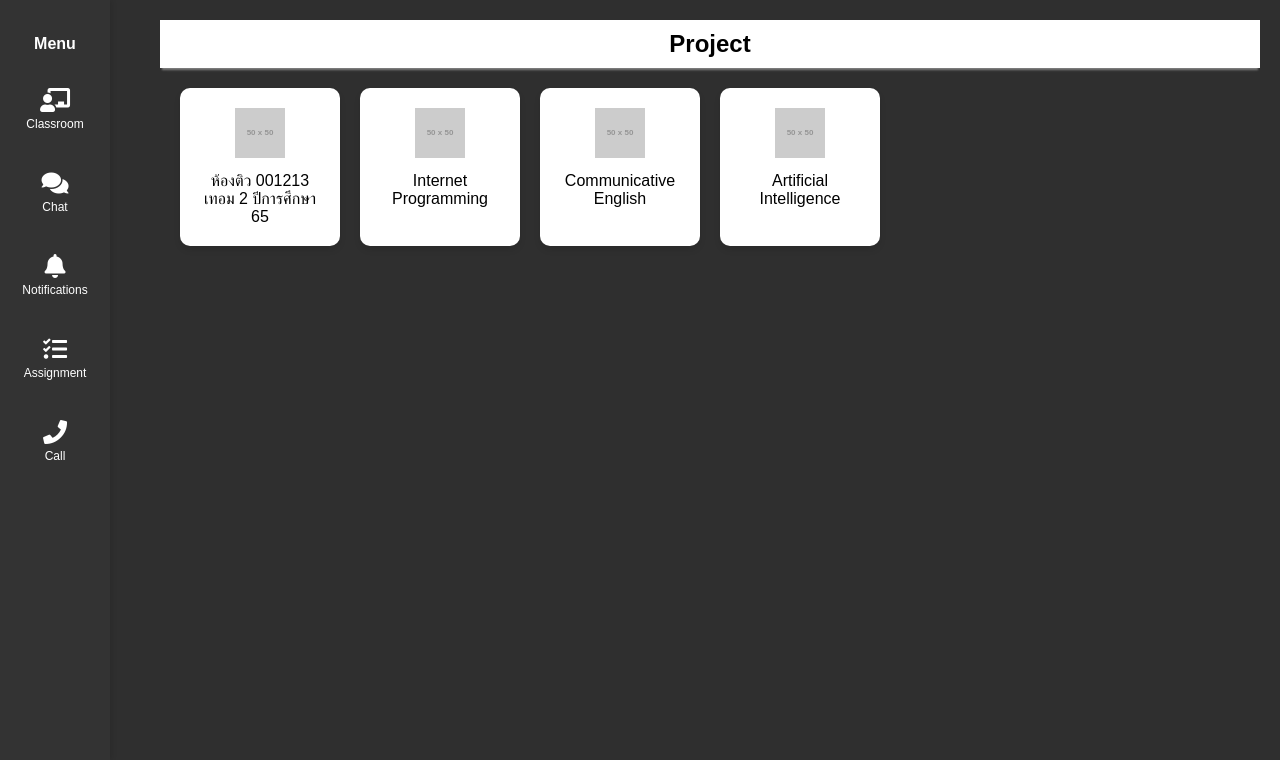
Repository: praifas16/ProPro
Page: docs/studenthead.html
The author's editor kept a copy of each file at every save. The page is drawn from the files as they stood at one save, then again after the next save.
The browser window is 1280 px wide. The pictures show the whole page.

Above is the page before, as saved 2024-08-21 20:22:17.

After the next save:
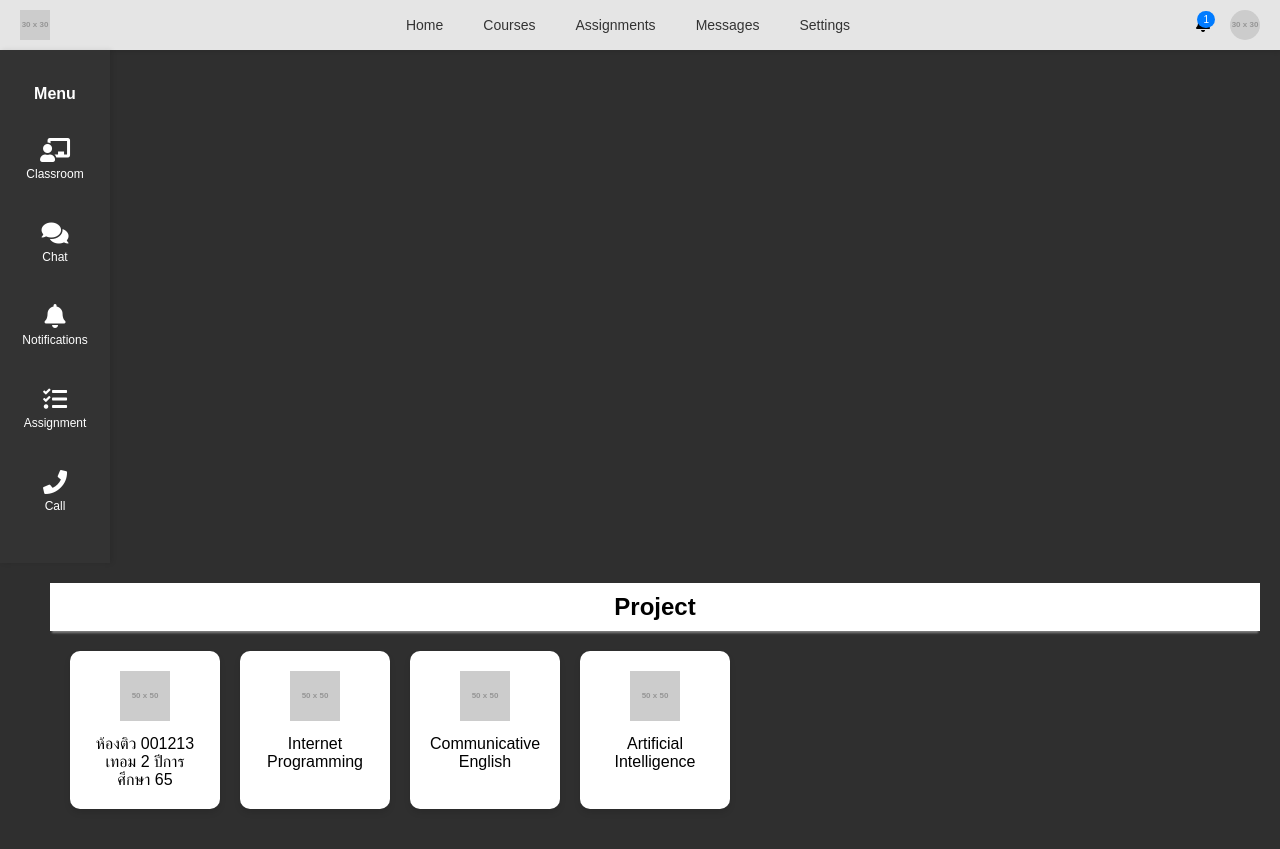
Saved 2 min 24 s later.
--- a/docs/studenthead.html
+++ b/docs/studenthead.html
@@ -1,7 +1,10 @@
 <!DOCTYPE html>
 <html lang="th">
   <head>
-    <link rel="stylesheet" href="https://cdnjs.cloudflare.com/ajax/libs/font-awesome/5.15.4/css/all.min.css">
+    <link
+      rel="stylesheet"
+      href="https://cdnjs.cloudflare.com/ajax/libs/font-awesome/5.15.4/css/all.min.css"
+    />
     <meta charset="UTF-8" />
     <meta name="viewport" content="width=device-width, initial-scale=1.0" />
     <title>My Dashboard</title>
@@ -12,6 +15,76 @@
         padding: 0;
         background-color: #2f2f2f;
         display: flex;
+        flex-direction: column;
+        height: 100vh;
+      }
+
+      /* แถบเมนูด้านบน */
+      .topbar {
+        background-color: #e5e5e5;
+        padding: 10px 20px;
+        display: flex;
+        align-items: center;
+        justify-content: space-between;
+        box-shadow: 0px 2px 4px rgba(0, 0, 0, 0.1);
+      }
+
+      .topbar .logo {
+        display: flex;
+        align-items: center;
+      }
+
+      .topbar .logo img {
+        width: 30px;
+        height: 30px;
+        margin-right: 10px;
+      }
+
+      .topbar .tab-menu {
+        display: flex;
+        align-items: center;
+      }
+
+      .topbar .tab-menu a {
+        margin: 0 10px;
+        text-decoration: none;
+        color: #333;
+        font-size: 14px;
+        padding: 5px 10px;
+        border-radius: 5px;
+        transition: background-color 0.3s;
+      }
+
+      .topbar .tab-menu a:hover {
+        background-color: #d0d0d0;
+      }
+
+      .topbar .user-section {
+        display: flex;
+        align-items: center;
+      }
+
+      .topbar .user-section img {
+        width: 30px;
+        height: 30px;
+        border-radius: 50%;
+        margin-left: 10px;
+      }
+
+      .topbar .user-section .notification {
+        margin-right: 10px;
+        position: relative;
+      }
+
+      .topbar .user-section .notification .badge {
+        position: absolute;
+        top: -5px;
+        right: -5px;
+        background-color: #007bff;
+        color: white;
+        border-radius: 50%;
+        padding: 3px 6px;
+        font-size: 10px;
       }
 
       /* เมนูแถบข้าง */
@@ -19,7 +92,7 @@
         width: 70px;
         background-color: #333;
         color: white;
-        height: 100vh;
+        height: calc(100vh - 60px); /* Adjusted to take into account the topbar height */
         padding: 20px 20px;
         box-shadow: 2px 0 5px rgba(0, 0, 0, 0.1);
         display: flex;
@@ -113,6 +186,27 @@
     </style>
   </head>
   <body>
+    <!-- แถบเมนูด้านบน -->
+    <div class="topbar">
+      <div class="logo">
+        <img src="https://via.placeholder.com/30" alt="Logo" />
+      </div>
+      <div class="tab-menu">
+        <a href="#">Home</a>
+        <a href="#">Courses</a>
+        <a href="#">Assignments</a>
+        <a href="#">Messages</a>
+        <a href="#">Settings</a>
+      </div>
+      <div class="user-section">
+        <div class="notification">
+          <i class="fa fa-bell"></i>
+          <div class="badge">1</div>
+        </div>
+        <img src="https://via.placeholder.com/30" alt="User Avatar" />
+      </div>
+    </div>
+
     <!-- เมนูแถบข้าง -->
     <div class="sidebar">
       <div class="menu-header">Menu</div>

After the save that followed:
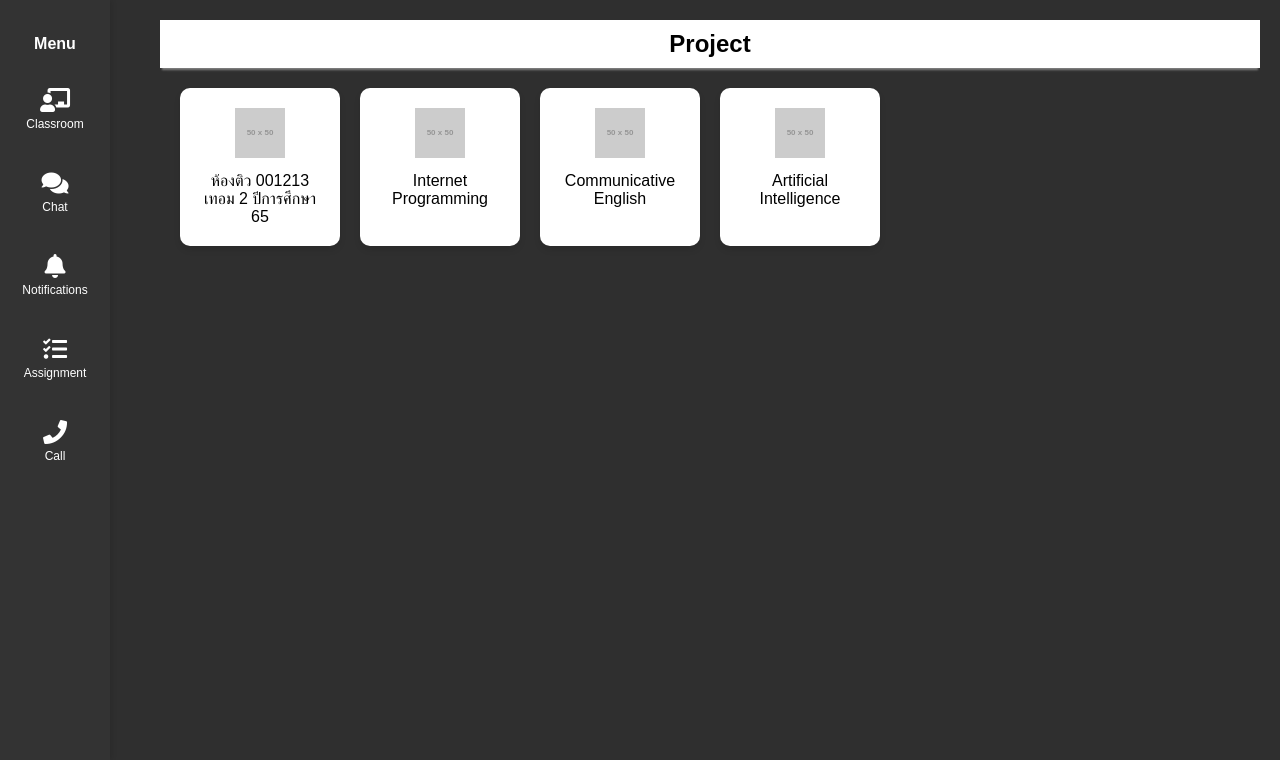
Saved 38 s later.
--- a/docs/studenthead.html
+++ b/docs/studenthead.html
@@ -1,10 +1,7 @@
 <!DOCTYPE html>
 <html lang="th">
   <head>
-    <link
-      rel="stylesheet"
-      href="https://cdnjs.cloudflare.com/ajax/libs/font-awesome/5.15.4/css/all.min.css"
-    />
+    <link rel="stylesheet" href="https://cdnjs.cloudflare.com/ajax/libs/font-awesome/5.15.4/css/all.min.css">
     <meta charset="UTF-8" />
     <meta name="viewport" content="width=device-width, initial-scale=1.0" />
     <title>My Dashboard</title>
@@ -15,76 +12,6 @@
         padding: 0;
         background-color: #2f2f2f;
         display: flex;
-        flex-direction: column;
-        height: 100vh;
-      }
-
-      /* แถบเมนูด้านบน */
-      .topbar {
-        background-color: #e5e5e5;
-        padding: 10px 20px;
-        display: flex;
-        align-items: center;
-        justify-content: space-between;
-        box-shadow: 0px 2px 4px rgba(0, 0, 0, 0.1);
-      }
-
-      .topbar .logo {
-        display: flex;
-        align-items: center;
-      }
-
-      .topbar .logo img {
-        width: 30px;
-        height: 30px;
-        margin-right: 10px;
-      }
-
-      .topbar .tab-menu {
-        display: flex;
-        align-items: center;
-      }
-
-      .topbar .tab-menu a {
-        margin: 0 10px;
-        text-decoration: none;
-        color: #333;
-        font-size: 14px;
-        padding: 5px 10px;
-        border-radius: 5px;
-        transition: background-color 0.3s;
-      }
-
-      .topbar .tab-menu a:hover {
-        background-color: #d0d0d0;
-      }
-
-      .topbar .user-section {
-        display: flex;
-        align-items: center;
-      }
-
-      .topbar .user-section img {
-        width: 30px;
-        height: 30px;
-        border-radius: 50%;
-        margin-left: 10px;
-      }
-
-      .topbar .user-section .notification {
-        margin-right: 10px;
-        position: relative;
-      }
-
-      .topbar .user-section .notification .badge {
-        position: absolute;
-        top: -5px;
-        right: -5px;
-        background-color: #007bff;
-        color: white;
-        border-radius: 50%;
-        padding: 3px 6px;
-        font-size: 10px;
       }
 
       /* เมนูแถบข้าง */
@@ -92,7 +19,7 @@
         width: 70px;
         background-color: #333;
         color: white;
-        height: calc(100vh - 60px); /* Adjusted to take into account the topbar height */
+        height: 100vh;
         padding: 20px 20px;
         box-shadow: 2px 0 5px rgba(0, 0, 0, 0.1);
         display: flex;
@@ -186,27 +113,6 @@
     </style>
   </head>
   <body>
-    <!-- แถบเมนูด้านบน -->
-    <div class="topbar">
-      <div class="logo">
-        <img src="https://via.placeholder.com/30" alt="Logo" />
-      </div>
-      <div class="tab-menu">
-        <a href="#">Home</a>
-        <a href="#">Courses</a>
-        <a href="#">Assignments</a>
-        <a href="#">Messages</a>
-        <a href="#">Settings</a>
-      </div>
-      <div class="user-section">
-        <div class="notification">
-          <i class="fa fa-bell"></i>
-          <div class="badge">1</div>
-        </div>
-        <img src="https://via.placeholder.com/30" alt="User Avatar" />
-      </div>
-    </div>
-
     <!-- เมนูแถบข้าง -->
     <div class="sidebar">
       <div class="menu-header">Menu</div>
